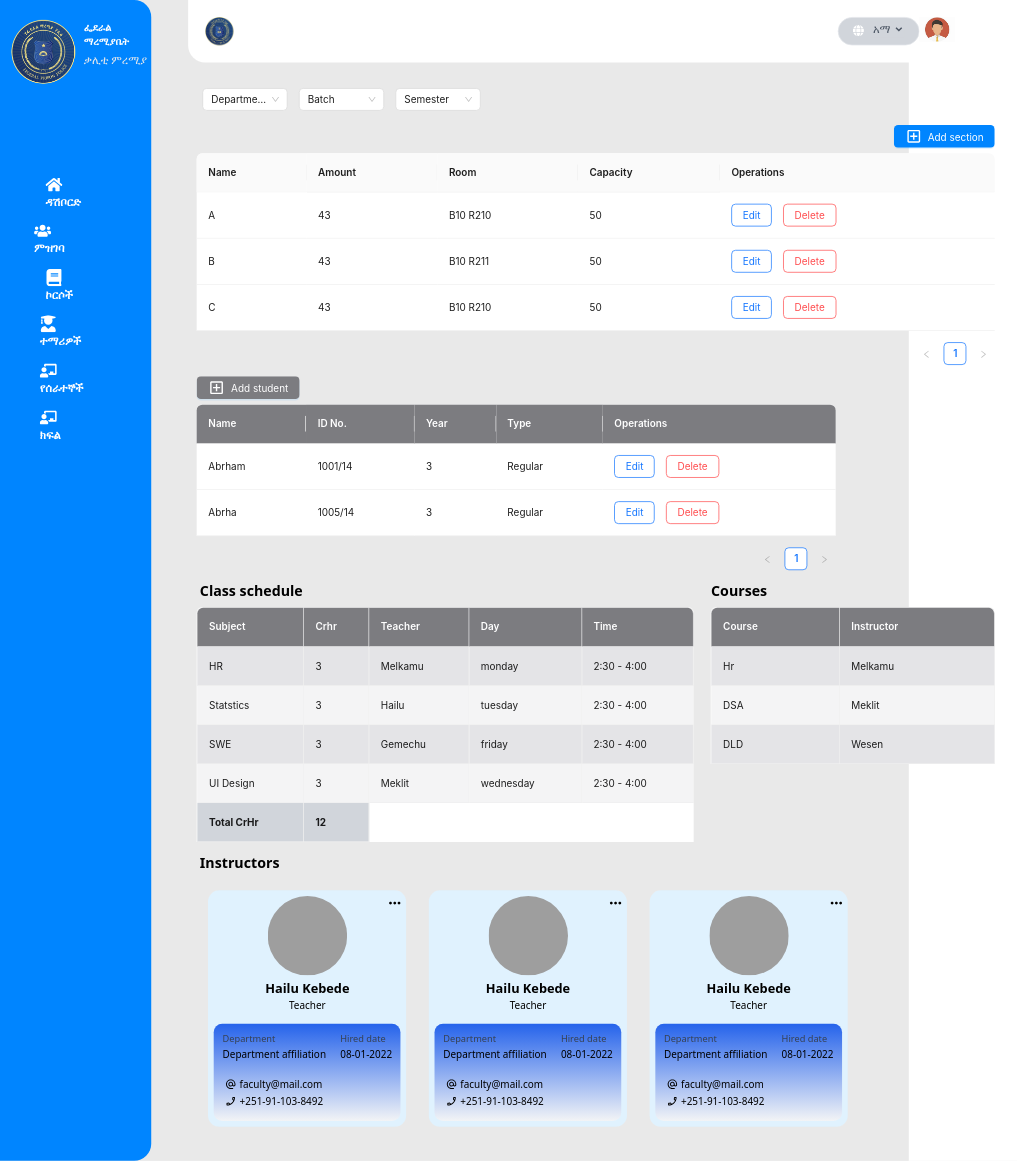
Repository: Yigoya/federal-prison-education-ms-frontend
Page: /classroom, after clicking the first element matching `td.ant-table-cell > a`
The author's editor kept a copy of each file at every save. The page is drawn from the files as they stood at one save, then again after the next save.
The browser window is 1280 px wide. The page is 1433 px wide, so the pictures cover 1433 px, including what lies to the right of the window. The pictures show the whole page, at 71% of full size.
Pictures or frames that could not be fetched are drawn as grey boxes. The project was rebuilt for these pictures with package versions that can differ from the ones it lists, and the page was loaded fresh each time. Also part of the build but not shown: vite.config.js, src/pages/DashBoard.jsx, src/pages/Courses.jsx, src/layout/AuthLayout.jsx, src/pages/Login.jsx, src/pages/Teachers.jsx, src/pages/StudentRegistration.jsx, src/components/classroom/ComboBox.jsx and 1 more. Imported but missing from the stored project, and not drawn on this page: src/pages/Students.

Above is the page before, as saved 2024-07-05 15:17:03.

After the next save:
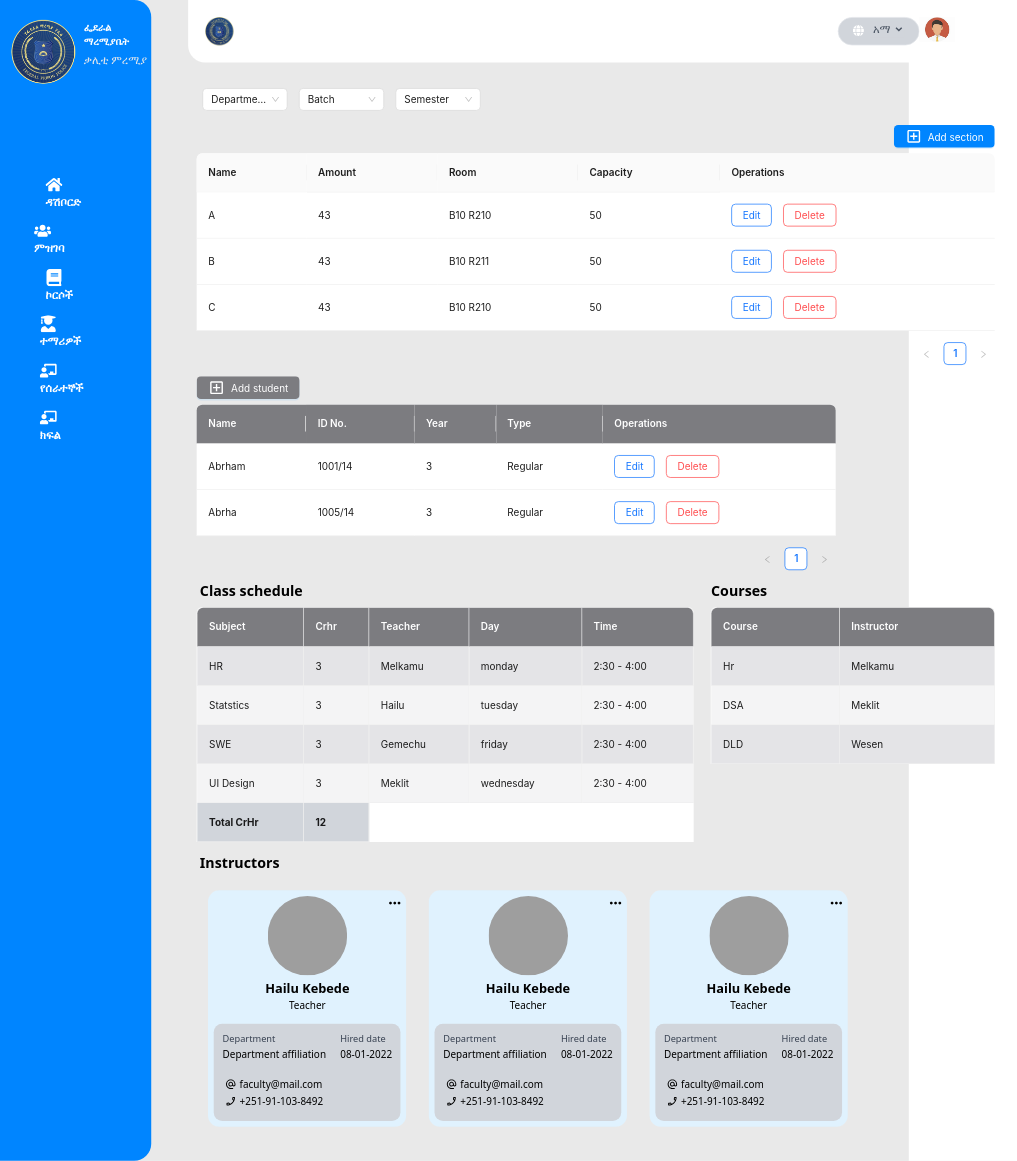
Saved 12 s later.
--- a/src/components/classroom/InstructorDetails.jsx
+++ b/src/components/classroom/InstructorDetails.jsx
@@ -23,7 +23,7 @@
       </div>
 
       {/* Additional info */}
-      <div className="bg-gradient-to-b from-blue-600 to-gray-100 rounded-xl w-full p-3 leading-3.5 mt-4">
+      <div className="bg-gray-300 rounded-xl w-full p-3 leading-3.5 mt-4">
         <div className="flex gap-5">
           <div>
             <p className="text-[13px] text-gray-700">Department</p>
